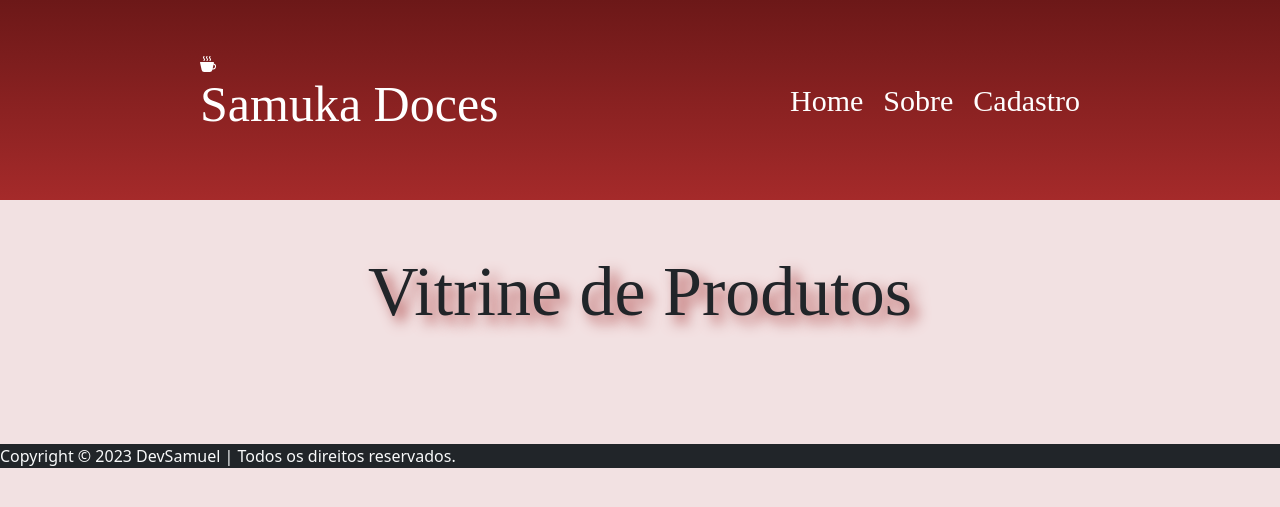
Repository: devsamuel23/github.io-doces_GIT
Page: /
An editor plug-in stored every save of this project. The page is shown before and after the next save, followed by the edit.
The browser window is 1280 px wide. The pictures show the whole page.
The page's requests for data from a server got no answer. The project was rebuilt for these pictures with package versions that can differ from the ones it lists, and the page was loaded fresh each time. No one was signed in, and anything a server would have sent is missing. Also part of the build but not shown: src/index.css, src/pages/Home/styles.css, src/pages/Home/index.js, src/pages/Sobre/index.js, src/pages/Cadastro/style.css, src/pages/Cadastro/index.js, src/pages/Erro/style.css, src/pages/Erro/index.js and 4 more.

Above is the page before, as saved 2023-04-14 20:56:38.

### public/index.html
<!DOCTYPE html>
<html lang="pt-br">
  <head>
    <meta charset="utf-8" />
    <link rel="icon" href="http://gg.gg/doceee" />
    <meta name="viewport" content="width=device-width, initial-scale=1" />


    <title>Samuka Doces</title>
  </head>
  <body>
    <noscript>You need to enable JavaScript to run this app.</noscript>
    <div id="root"></div>
  </body>
</html>

### src/index.js
import React from 'react';
import ReactDOM from 'react-dom/client';
import './index.css';
import App from './App';

const root = ReactDOM.createRoot(document.getElementById('root'));
root.render(

    <App />

);

### src/App.js
import RoutesApp from "./routes";


function App() {
  return (
          <RoutesApp />

  );
}

export default App;

### src/routes.js
import { BrowserRouter, Routes, Route } from "react-router-dom";

import Home from "./pages/Home";
import Sobre from "./pages/Sobre";
import Cadastro from "./pages/Cadastro";
import Erro from "./pages/Erro";
import Produto from "./pages/Produto";
import Vitrine from "./pages/Vitrine";
import Detalhes from "./pages/Detalhes";

import Header from "./components/Header";
import Footer from "./components/Footer";

function RoutesApp() {
  return (
    <BrowserRouter>
      <Header />

      <Routes>
        <Route>
          {/* <Route path="/" element={<Home />} /> */}
          <Route path="/Sobre" element={<Sobre />} />
          <Route path="/" element={<Vitrine />} />
          <Route path="/Cadastro" element={<Cadastro />} />
          <Route path="/Produto/:id" element={<Produto />} />
          <Route path="/Detalhes" element={<Detalhes />} />

          <Route path="*" element={<Erro />} />
        </Route>
      </Routes>
      <Footer/>
    </BrowserRouter>
  );
}

export default RoutesApp;

### src/pages/Vitrine/index.js
import React, { useEffect, useState } from "react";
import api from '../../services/api';
import './../Vitrine/style.css'
import { useNavigate } from "react-router-dom";


function Body (){

  const [produtos, setProdutos] = useState([]);
  useEffect(() => {
    api.get(`https://63069afec0d0f2b8011f9944.mockapi.io/produtos/`)
       .then((response) => {
         console.log(response);
         setProdutos(response.data.slice(78, 86))
      })
      .catch((err) => {
        console.error("ops! ocorreu um erro : " + err);
      });
  }, [ ]);

  const navigate = useNavigate();

  // function iniciar(productId) {
  //   navigate(`/produto/${productId}`);


  //   }

    function handleClick(event) {
      // Details button
      if (event.target.dataset.action === "details_btn") {
        const id = event.target.dataset.id;
        const produto = produtos.find((prod) => prod.id === id);
        navigate(`/produto/${produto.id}`)
      }
    }
    return(
      <>
        <div className="vit">
          <h1>Vitrine de Produtos</h1>


        <div className="container-vitrine">
          {produtos.map((produto) => (
          <span key={produto.id} className="item-vitrine">
            <img className="img-sombra" src={produto.imagem} alt={produto.nome} />
          </span>
        ))}
        </div>

        <div className="cards-vitrine">
        {produtos.map((produto) => (
        <div key={produto.id} className="card">
          <img className="image" src={produto.imagem} alt={produto.nome} />
          <h2>{produto.nome}</h2>
          <button className="myButton" data-id={produto.id} data-action="details_btn" onClick={handleClick}>
            Detalhes
          </button>
        </div>
        ))}
        </div>
        </div>
      </>
    );
  }

  export default Body;

### src/components/Header/index.js
import { Link } from "react-router-dom";
import "./style.css";
import "bootstrap/dist/css/bootstrap.min.css";

function Header() {
  return (
    <header>
        <div className="logo">
      <svg
        xmlns="http://www.w3.org/2000/svg"
        width="16"
        height="16"
        fill="currentColor"
        className="bi bi-cup-hot-fill"
        viewBox="0 0 16 16"
      >
        <path
          fillRule="evenodd"
          d="M.5 6a.5.5 0 0 0-.488.608l1.652 7.434A2.5 2.5 0 0 0 4.104 16h5.792a2.5 2.5 0 0 0 2.44-1.958l.131-.59a3 3 0 0 0 1.3-5.854l.221-.99A.5.5 0 0 0 13.5 6H.5ZM13 12.5a2.01 2.01 0 0 1-.316-.025l.867-3.898A2.001 2.001 0 0 1 13 12.5Z"
        />
        <path d="m4.4.8-.003.004-.014.019a4.167 4.167 0 0 0-.204.31 2.327 2.327 0 0 0-.141.267c-.026.06-.034.092-.037.103v.004a.593.593 0 0 0 .091.248c.075.133.178.272.308.445l.01.012c.118.158.26.347.37.543.112.2.22.455.22.745 0 .188-.065.368-.119.494a3.31 3.31 0 0 1-.202.388 5.444 5.444 0 0 1-.253.382l-.018.025-.005.008-.002.002A.5.5 0 0 1 3.6 4.2l.003-.004.014-.019a4.149 4.149 0 0 0 .204-.31 2.06 2.06 0 0 0 .141-.267c.026-.06.034-.092.037-.103a.593.593 0 0 0-.09-.252A4.334 4.334 0 0 0 3.6 2.8l-.01-.012a5.099 5.099 0 0 1-.37-.543A1.53 1.53 0 0 1 3 1.5c0-.188.065-.368.119-.494.059-.138.134-.274.202-.388a5.446 5.446 0 0 1 .253-.382l.025-.035A.5.5 0 0 1 4.4.8Zm3 0-.003.004-.014.019a4.167 4.167 0 0 0-.204.31 2.327 2.327 0 0 0-.141.267c-.026.06-.034.092-.037.103v.004a.593.593 0 0 0 .091.248c.075.133.178.272.308.445l.01.012c.118.158.26.347.37.543.112.2.22.455.22.745 0 .188-.065.368-.119.494a3.31 3.31 0 0 1-.202.388 5.444 5.444 0 0 1-.253.382l-.018.025-.005.008-.002.002A.5.5 0 0 1 6.6 4.2l.003-.004.014-.019a4.149 4.149 0 0 0 .204-.31 2.06 2.06 0 0 0 .141-.267c.026-.06.034-.092.037-.103a.593.593 0 0 0-.09-.252A4.334 4.334 0 0 0 6.6 2.8l-.01-.012a5.099 5.099 0 0 1-.37-.543A1.53 1.53 0 0 1 6 1.5c0-.188.065-.368.119-.494.059-.138.134-.274.202-.388a5.446 5.446 0 0 1 .253-.382l.025-.035A.5.5 0 0 1 7.4.8Zm3 0-.003.004-.014.019a4.077 4.077 0 0 0-.204.31 2.337 2.337 0 0 0-.141.267c-.026.06-.034.092-.037.103v.004a.593.593 0 0 0 .091.248c.075.133.178.272.308.445l.01.012c.118.158.26.347.37.543.112.2.22.455.22.745 0 .188-.065.368-.119.494a3.198 3.198 0 0 1-.202.388 5.385 5.385 0 0 1-.252.382l-.019.025-.005.008-.002.002A.5.5 0 0 1 9.6 4.2l.003-.004.014-.019a4.149 4.149 0 0 0 .204-.31 2.06 2.06 0 0 0 .141-.267c.026-.06.034-.092.037-.103a.593.593 0 0 0-.09-.252A4.334 4.334 0 0 0 9.6 2.8l-.01-.012a5.099 5.099 0 0 1-.37-.543A1.53 1.53 0 0 1 9 1.5c0-.188.065-.368.119-.494.059-.138.134-.274.202-.388a5.446 5.446 0 0 1 .253-.382l.025-.035A.5.5 0 0 1 10.4.8Z" />
      </svg>
      <h2 className="Slogan">Samuka Doces</h2>
      </div>

      <div className="menu">
        <Link to="/">Home</Link>
        <Link to="/Sobre">Sobre</Link>
        {/* <Link to="/Vitrine">Vitrine</Link> */}
        <Link to="/Cadastro">Cadastro</Link>

      </div>
    </header>
  );
}

export default Header;

### src/components/Footer/index.js
import "./style.css"
import "bootstrap/dist/css/bootstrap.min.css";

function Footer() {
  return (
    <div className="bg-dark text-light text" >
        Copyright © 2023 DevSamuel | Todos os direitos reservados.
    </div>
  )
}

export default Footer;

### src/services/api.js
import axios from 'axios';

const api = axios.create({
    baseURL :'https://63069afec0d0f2b8011f9944.mockapi.io/produtos/'
});

export default api;

### src/pages/Vitrine/style.css
body {
    background-color: #f2e1e2;
}

.vit {
    padding: 50px 200px;
}

.vit h1 {
    text-align: center;
    font-size: 70px;
    font-family: alex brush;
    text-shadow: rgb(175, 76, 76) 0.1em 0.1em 0.2em;
}

.container-vitrine {
    display: grid;
    grid-template-columns: repeat(4, 20%);
    grid-auto-rows: 300px;
    justify-content: center;
    margin-top: 60px;
}

.item-vitrine{
    display: block;
    overflow: hidden;
    width: 250px;
    height: 250px;
    border-width: 20px;
    border-style: solid;
    border-image: linear-gradient(0deg, #c05080, #bc827b) 1;
}

.item-vitrine img{
    width: 100%;
    height: 100%;
    object-fit: cover;
}
.img-sombra {
    box-shadow: 7px 7px 13px 10px rgba(20, 30, 40, 0.22);
}

.cards-vitrine{
    display: flex;
    flex-wrap: wrap;
}

.card {
    border-radius: 5px;
    box-shadow: 7px 7px 13px 0px rgb(170, 52, 52);
    padding: 30px;
    margin: 20px;
    width: 400px;
    transition: all 0.3s ease-out;
    justify-content: space-around;
}
.image{
    max-height: 250px;
    border-radius: 50%;
}
.card h2{
    font-weight: bold;
   text-align: center;
   padding: 30px 0;

}

.myButton {
	box-shadow: 3px 4px 0px 0px #899599;
	background:linear-gradient(to bottom, #ededed 5%, #bab1ba 100%);
	background-color:#ededed;
	border-radius:15px;
	border:1px solid #d6bcd6;
	display:inline-block;
	cursor:pointer;
	color:#3a8a9e;
	font-family:Arial;
	font-size:20px;
	padding:7px 25px;
	text-decoration:none;
	text-shadow:0px 1px 0px #e1e2ed;
}
.myButton:hover {
	background:linear-gradient(to bottom, #bab1ba 5%, #ededed 100%);
	background-color:#bab1ba;
}
.myButton:active {
	position:relative;
	top:1px;
}

### src/components/Header/style.css
* {
  margin: 0;
  padding: 0;
  box-sizing: border-box;
}

div .logo{
  width: 100%;
  height: 100px;
}
.Slogan{
    font-family: alex brush;
    font-size: 50px;
    width: auto;
    height: 100%;
    color: #FFF;
}
header{
  width: 100%;
  height: auto;
  background: rgb(165,42,42);
  background: linear-gradient(0deg, rgba(165,42,42,1) 0%, rgba(108,24,24,1) 100%);
  color: #FFF;

  display: flex;
  align-items: center;
  justify-content: space-between;
  padding: 50px 200px ;
}

header a{
  color: #FFF;
  font-size: 30px;
  font-family: alex brush;
  text-decoration: none;
}

header a + a{
  margin-left: 20px;
}

header a:hover{
  text-decoration: underline;
  color: #f2e1e2;
}

After the next save:
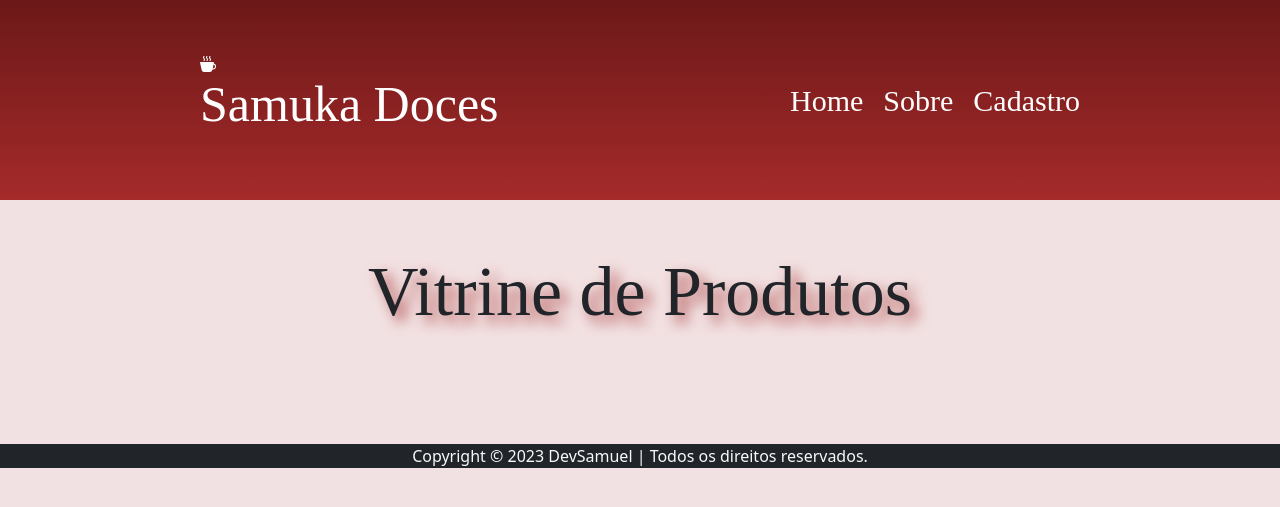
Saved 4 s later.
--- a/src/components/Footer/index.js
+++ b/src/components/Footer/index.js
@@ -3,7 +3,7 @@ import "bootstrap/dist/css/bootstrap.min.css";
 
 function Footer() {
   return (
-    <div className="bg-dark text-light text" >
+    <div className="bg-dark text-light text-center " >
         Copyright © 2023 DevSamuel | Todos os direitos reservados.
     </div>
   )
